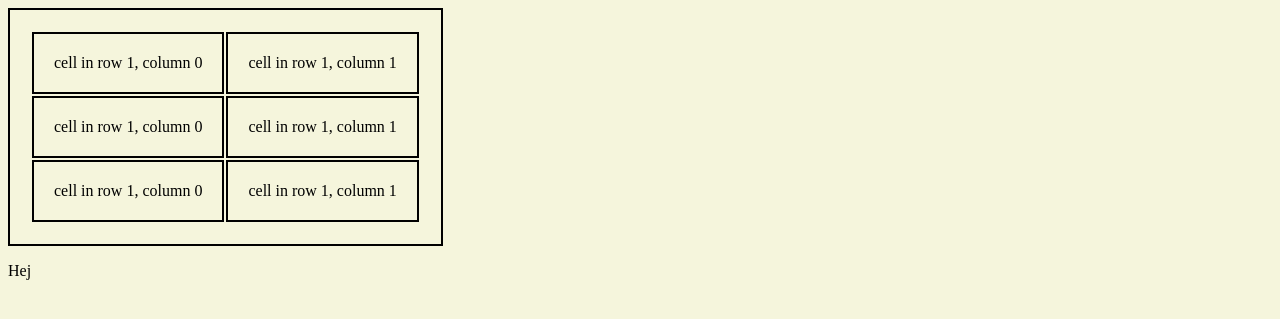
Repository: mi222ep/1dv403-laborationer
Page: 3-gameon/memory/index.html
The author's editor kept a record of every edit. The page is drawn from the files as they stood at one moment, then again after the next edit.
The browser window is 1280 px wide. The pictures show the whole page.

Above is the page before.

### 3-gameon/memory/index.html
<!DOCTYPE html>
<html lang="sv">
<head>
	<meta charset="UTF-8" />
 	<title>Labby Mezzage</title>
 	<link rel="stylesheet" href="style.css" type="text/css" />
    <script type="text/javascript" src="script/random.js"></script>
    <script type="text/javascript" src="script/memory.js"></script>
</head>
<body>
    <div id="memorySpace"></div>
      <p>Hej</p>
</body>
</html>

### 3-gameon/memory/style.css
body{
    background-color: beige;
}
table{
    border: 2px solid black;
    padding: 20px;
}
tr{
    padding: 20px;
    border: 2px solid black;
}
td{
    border: 2px solid black;
    padding: 20px;
}

### 3-gameon/memory/script/random.js
var RandomGenerator = {

	/*
		Denna metod tar antalet rader och columner som inparameter.

		Metoden returnerar en array inneh�llandes utslumpade tal mellan 1 och (rows*cols)/2. Varje tal representeras tv�
		g�nger och motsvarar s�ledes en spelbricka.

		I en 4*4 matris kan Arrayen t.ex. se ut s� h�r:
		[1,2,6,8,6,2,5,3,1,3,7,5,8,4,4,7]

		I en 2*4 matris kan Arrayen t.ex. se ut s� h�r:
		[3,4,4,1,2,1,2,3]
	*/

	getPictureArray: function(rows, cols)
	{
		var numberOfImages = rows*cols;
		var maxImageNumber = numberOfImages/2;

	   	var imgPlace = [];

	   //Utplacering av bilder i Array
	   for(var i=0; i<numberOfImages; i++)
		  imgPlace[i] = 0;

		for(var currentImageNumber=1; currentImageNumber<=maxImageNumber; currentImageNumber++)
		{
			var imageOneOK = false;
			var imageTwoOK = false;

			do
			{
				if(imageOneOK == false)
				{
					var randomOne = Math.floor( (Math.random() * (rows*cols-0) + 0) );

					if( imgPlace[randomOne] == 0 )
					{
						imgPlace[randomOne] = currentImageNumber;
						imageOneOK = true;
					}
				}

				if(imageTwoOK == false)
				{
					var randomTwo = Math.floor( (Math.random() * (rows*cols-0) + 0) );

					if( imgPlace[randomTwo] == 0 )
					{
						imgPlace[randomTwo] = currentImageNumber;
						imageTwoOK = true;
					}
				}
			}
			while(imageOneOK == false || imageTwoOK == false);
		}

		return imgPlace;
	}
}

### 3-gameon/memory/script/memory.js
"use strict"

var memory ={

    memoryArr: [],

    init: function(){


        memory.memoryArr = RandomGenerator.getPictureArray (3, 2);

        memory.RenderTable(3, 2);
        alert(memory.memoryArr);
    },
    RenderTable: function(rows, cols){
        var table = document.createElement("table");

        for (var i = 0; i < rows; i++){
            var tr = document.createElement("tr");
            table.appendChild(tr);

            for (var j = 0; j < cols; j++){
            var count = 1;
            var td =  document.createElement("td");
            var cellText = document.createTextNode("cell in row "+count+", column "+j);
            td.appendChild(cellText);
            tr.appendChild(td);
            count+=1;
            }
        }

        var memorySpace = document.querySelector("#memorySpace");
        memorySpace.appendChild(table);
    },




};

window.onload  = memory.init;

After the next edit:
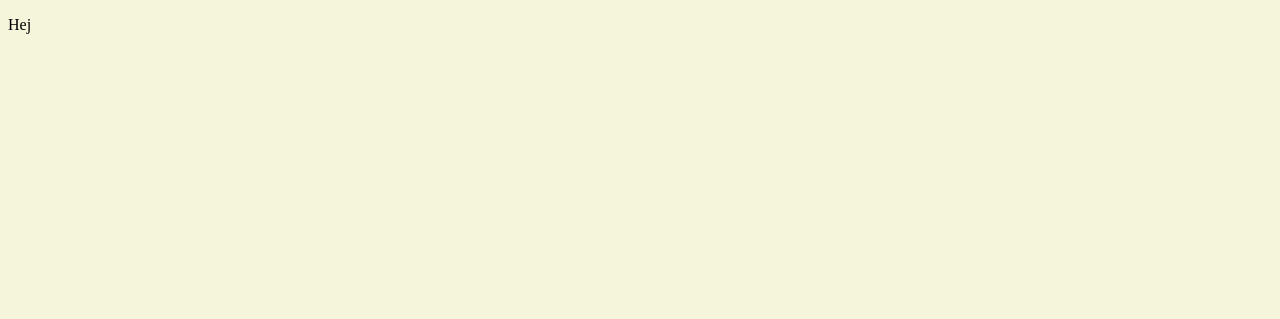
Console error: ReferenceError: count is not defined
The edit:
--- a/3-gameon/memory/script/memory.js
+++ b/3-gameon/memory/script/memory.js
@@ -20,7 +20,6 @@
             table.appendChild(tr);
 
             for (var j = 0; j < cols; j++){
-            var count = 1;
             var td =  document.createElement("td");
             var cellText = document.createTextNode("cell in row "+count+", column "+j);
             td.appendChild(cellText);

After the edit that followed:
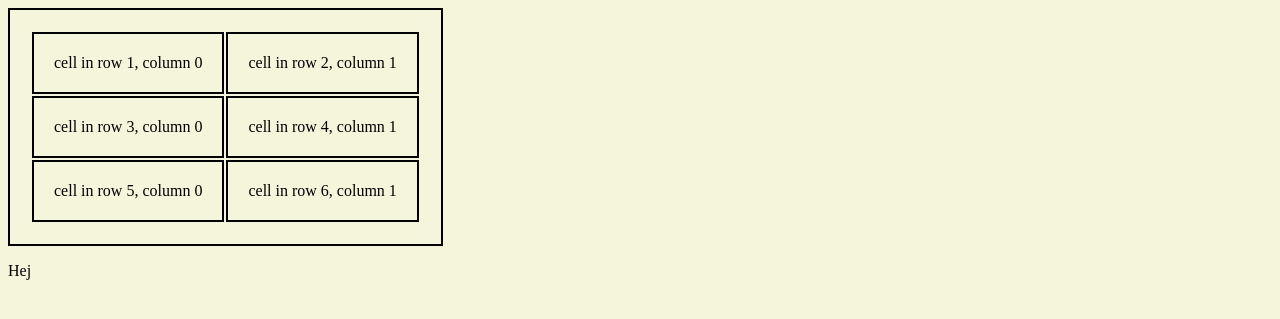
The error is gone.
The edit:
--- a/3-gameon/memory/script/memory.js
+++ b/3-gameon/memory/script/memory.js
@@ -13,6 +13,8 @@
         alert(memory.memoryArr);
     },
     RenderTable: function(rows, cols){
+
+        var count = 1;
         var table = document.createElement("table");
 
         for (var i = 0; i < rows; i++){
